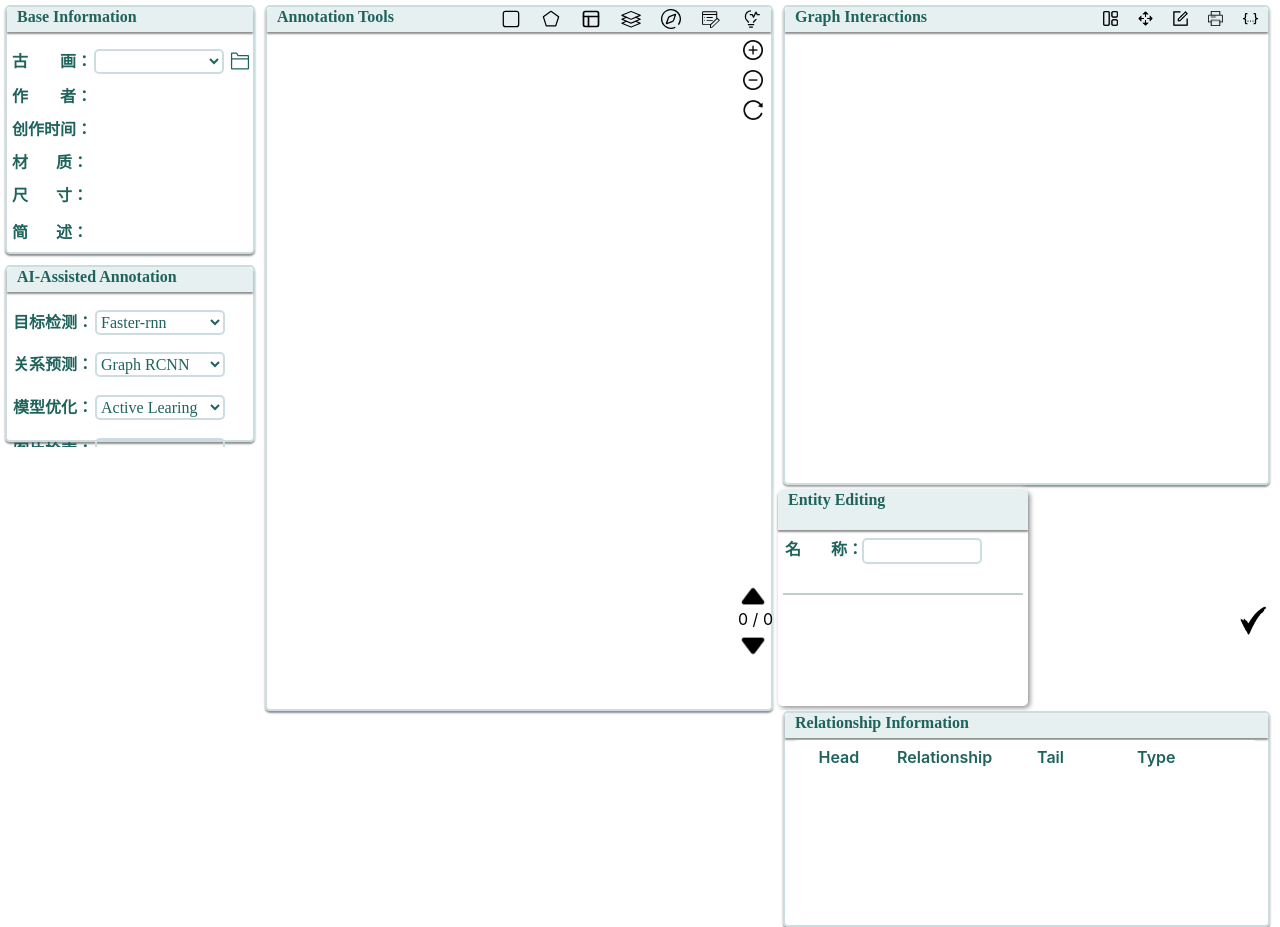
Repository: cailbh/ImageLabelTool
Page: /
The author's editor kept a copy of each file at every save. The page is drawn from the files as they stood at one save, then again after the next save.
The browser window is 1280 px wide. The pictures show the whole page.
The project was rebuilt for these pictures with package versions that can differ from the ones it lists, and the page was loaded fresh each time.

Above is the page before, as saved 2022-11-02 10:30:27.

After the next save:
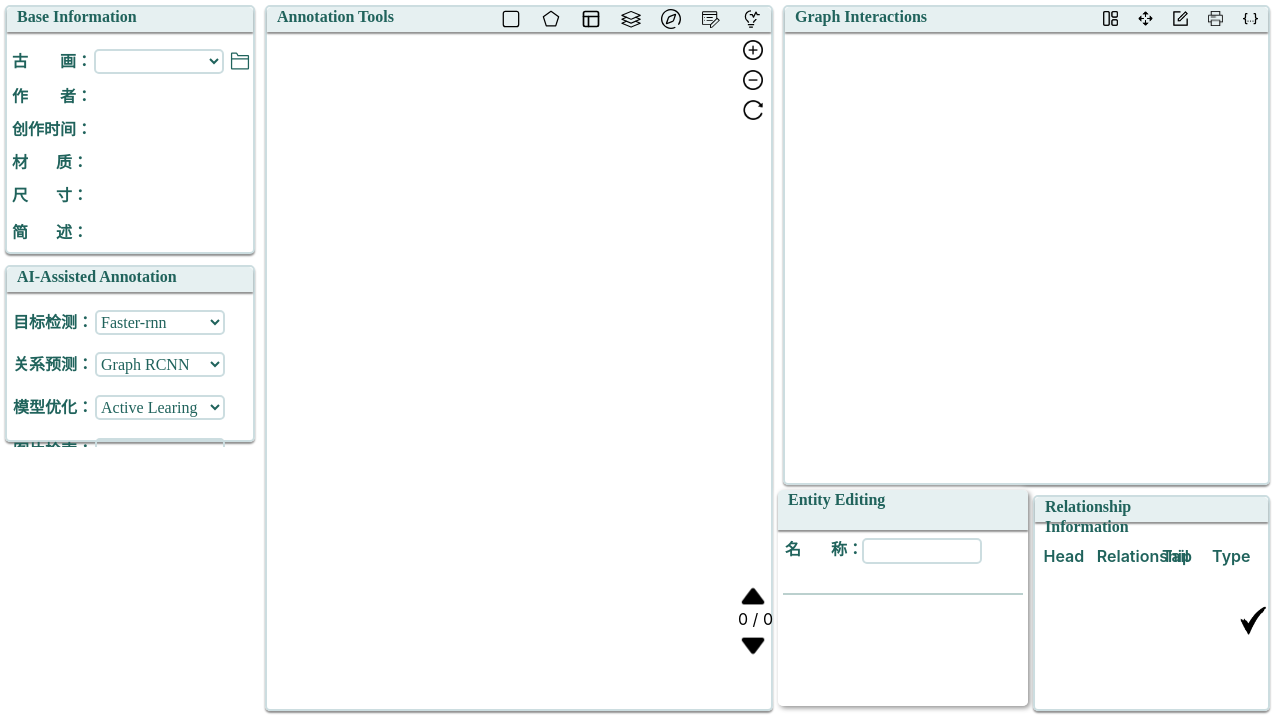
Saved 92 s later.
--- a/src/component/LabelDisplay/graph.css
+++ b/src/component/LabelDisplay/graph.css
@@ -122,7 +122,7 @@ position: relative;
     -moz-box-sizing: border-box;
     box-sizing: border-box;
     border-radius: 5px;
-    width: calc(100% - 15px);
+    width: calc(100% - 265px);
     margin: 5px;
     height: calc(30% - 0px);
     border-image-slice: 151;
